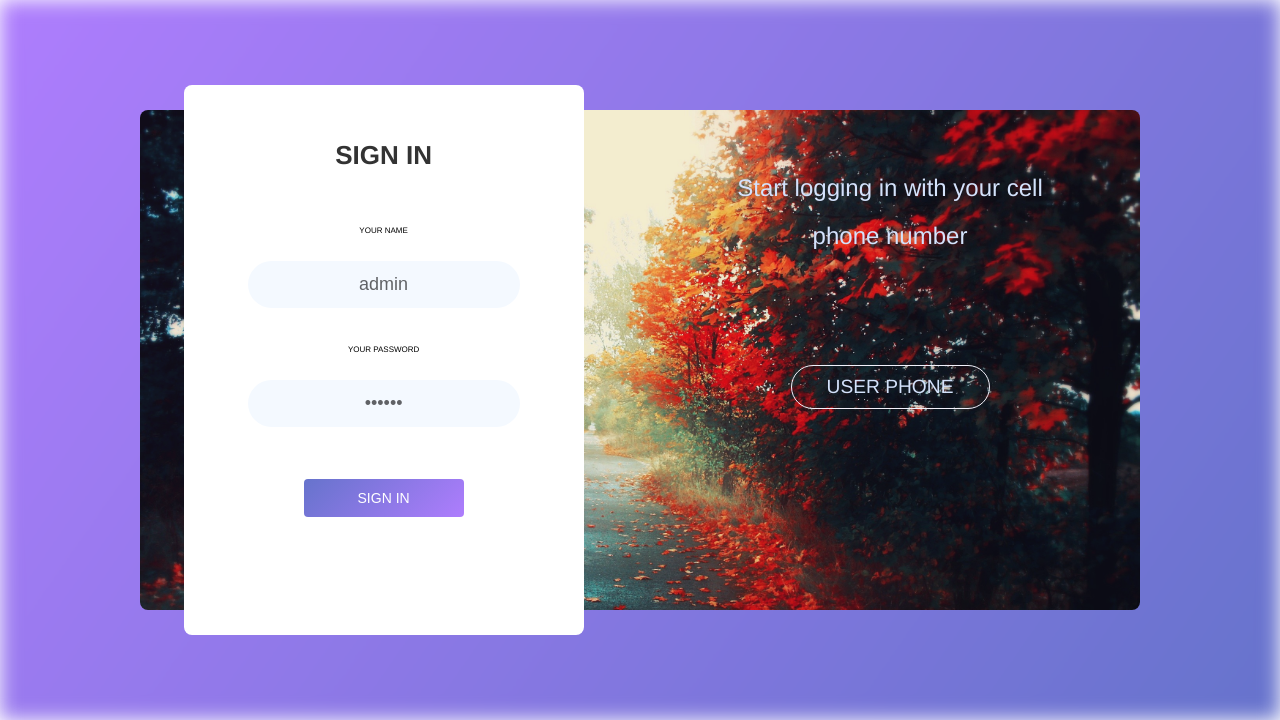
Repository: chunkpig/vue-admin
Page: /
These files come from the project's save history. The page is drawn as it stood at one moment and after the next save; the edit follows.
The browser window is 1280 px wide. The pictures show the whole page.
The project was rebuilt for these pictures with package versions that can differ from the ones it lists, and the page was loaded fresh each time. Also part of the build but not shown: vue.config.js.

Above is the page before, as saved 2020-12-07 10:45:13.

### public/index.html
<!DOCTYPE html>
<html lang="en">
  <head>
    <meta charset="utf-8">
    <meta http-equiv="X-UA-Compatible" content="IE=edge">
    <meta name="renderer" content="webkit">
    <meta name="viewport" content="width=device-width, initial-scale=1, maximum-scale=1, user-scalable=no">
    <link rel="icon" href="<%= BASE_URL %>favicon.ico">
    <title><%= webpackConfig.name %></title>
  </head>
  <body>
    <div id="app"></div>
  </body>
</html>

### src/main.js
import Vue from "vue";
import App from "./App.vue";
import router from "./router";
import store from "./store";

import Element from 'element-ui'
import 'element-ui/lib/theme-chalk/index.css';
import '@/styles/index.scss'
import './icons'
Vue.config.productionTip = false;
Vue.use(Element)
// Vue.use(Element, {
//   size: Cookies.get('size') || 'medium', // set element-ui default size
//   locale: enLang // 如果使用中文，无需设置，请删除
// })
new Vue({
  router,
  store,
  render: h => h(App)
}).$mount("#app");

### src/router/index.js
import Vue from "vue";
import VueRouter from "vue-router";
import Login from '../views/login/index.vue'
Vue.use(VueRouter);

const routes = [
  {
    path: "/",
    name: "Login",
    component: Login
  },
];

const router = new VueRouter({
  routes
});

export default router;

### src/styles/index.scss
body {
    height: 100%;
    margin: 0;
    -moz-osx-font-smoothing: grayscale;
    -webkit-font-smoothing: antialiased;
    text-rendering: optimizeLegibility;
    font-family: Helvetica Neue, Helvetica, PingFang SC, Hiragino Sans GB, Microsoft YaHei, Arial, sans-serif;
}

html {
    height: 100%;
    box-sizing: border-box;
}

#app {
    height: 100%;
}

### src/icons/index.js
import Vue from 'vue'
import SvgIcon from '@/components/SvgIcon'// svg component

// register globally
Vue.component('svg-icon', SvgIcon)

const req = require.context('./svg', false, /\.svg$/)
const requireAll = requireContext => requireContext.keys().map(requireContext)
requireAll(req)

### src/views/login/index.vue
<!--  -->
<template>
<div id='Login'>
    <div class="login-bg"></div>
    <div class="login-conbg" :class="animconbgShow?'leftanimconbg':'rightanimconbg'">
        <sing-up v-show="!animconbgShow" class='sign-conbg' :class="animconbgShow?'animsign':''" />
        <user-phont v-show="animconbgShow" class='sign-conbg' :class="animconbgShow?'':'animsign'" />
    </div>
    <div class="login-container">
        <!-- <transition name="animcontainer"> -->
        <div class="container" :class="animconbgShow?'':'animcontainer'">
                <p class="p-container">Log in with your account password</p>
                <div class="button-container" @click="animconbgShow =!animconbgShow">
                    SIGN IN
                </div>

        </div>
         <!-- </transition> -->
         <!-- <transition name="animcontainer"> -->
        <div class="container" :class="animconbgShow?'animcontainer':''" >
                <p class="p-container">Start logging in with your cell phone number</p>
                <div class="button-container" @click="animconbgShow =!animconbgShow">
                    USER PHONE
                </div>

        </div>
        <!-- </transition> -->
    </div>

</div>
</template>

<script>
//这里可以导入其他文件（比如：组件，工具js，第三方插件js，json文件，图片文件等等）
//例如：import 《组件名称》 from '《组件路径》';
import SingUp from './components/singup'
import UserPhont from './components/UserPhont'
export default {
//name放入模板名,方便在其他地方引用
name: '',
//import引入的组件需要注入到对象中才能使用
components: {SingUp,UserPhont},
data() {
//这里存放数据
return {
    animconbgShow:false
};
},
//监听属性 类似于data概念
computed: {

},
//生命周期 - 创建完成（可以访问当前this实例）
created() {

},
//生命周期 - 挂载完成（可以访问DOM元素）
mounted() {

},
//方法集合
methods: {

},
//监控data中的数据变化
watch: {

},
//如果页面有keep-alive缓存功能，这个函数会触发
activated() {

},
}
</script>
<style lang="scss" scoped>
$bg:rgba(0,0,0,0.5);
$conbg:rgba(255,255,255,1);
$clortext:#def;
$cursor: #333;
#Login{
    position: relative;
    width: 100%;
    height: 100%;
    overflow: hidden;
    .login-bg{
        width: 100%;
        height: 100%;
        background: linear-gradient(125deg, #AE7DFD, #6673cc);
        filter: blur(10px);
        z-index: -1;
    }
    .login-conbg{
        position: absolute;
        top: 50%;
        left: 37%;
        width: 400px;
        height: 550px;
        // max-width: 25%;
        // max-height: 70%;
        display: flex;
        align-items: center;
        justify-content: center;
        transform: translate(-50%,-50%);
        background: $conbg;
        backdrop-filter: blur(10px);
        border-radius: 8px;
        z-index: 1;
        transition:transform 1s ease-out;
        overflow: hidden;
        .sign-conbg{
            transition: opacity 1s ease-in-out;
        }
        .animsign{
            opacity: 0;
        }

    }
    .login-container{
        position: absolute;
        top: 50%;
        left: 50%;
        transform: translate(-50%,-50%);
        width: 1000px;
        height: 500px;
        // max-width: 55%;
        // max-height: 55%;
        display: flex;
        justify-content: space-around;
        // align-items: center;
        // background: $bg;
        background: url('../../assets/Login/login.png') no-repeat;
        background-size: cover;
        opacity: 0.9;
        border-radius: 8px;
        z-index: 0;
        .container{
            width:350px;
            max-width: 45%;
            padding: 30px;
            color: $clortext;
            overflow: hidden;
            // opacity: 1;
            transition: opacity 1s ease-out;
            .p-container{
                font-size: 1.5rem;
                text-align: center;
                line-height: 3rem;
                // padding: 0 10px;
            }
            .button-container{
                width: 42%;
                margin: 30% auto 0;
                padding: 10px 25px;
                text-align: center;
                border-radius: 30px;
                font-size: 1.2rem;
                border: 1px solid #fff;
                // border-image: linear-gradient(#00CFFF, #FF34FA) 20 20;
                cursor: pointer;
            }
        }
        .animcontainer{
            opacity: 0;
        }
    }
    .leftanimconbg{
         transform: translate(250px,-50%);
    }
    .rightanimconbg{
         transform: translate(-290px,-50%);
    }
   .animcontainer-enter-active, .animcontainer-leave-active {
        // opacity: 1;
        // transition: opacity 1s;
         transition:opacity 3s ease-out;
    }
    .animcontainer-enter, .animcontainer-leave-to /* .fade-leave-active below version 2.1.8 */ {

        // transition: all 1s;
         opacity: 0;
    }
}
</style>

### src/components/SvgIcon/index.vue
<template>
  <svg :class="svgClass" aria-hidden="true" v-on="$listeners">
    <use :xlink:href="iconName" />
  </svg>
</template>

<script>
export default {
  name: 'SvgIcon',
  props: {
    iconClass: {
      type: String,
      required: true
    },
    className: {
      type: String,
      default: ''
    }
  },
  computed: {
    iconName() {
      return `#icon-${this.iconClass}`
    },
    svgClass() {
      if (this.className) {
        return 'svg-icon ' + this.className
      } else {
        return 'svg-icon'
      }
    }
  }
}
</script>

<style scoped>
.svg-icon {
  width: 1em;
  height: 1em;
  vertical-align: -0.15em;
  fill: currentColor;
  overflow: hidden;
}

.svg-external-icon {
  background-color: currentColor;
  mask-size: cover!important;
  display: inline-block;
}
</style>

### src/views/login/components/singup.vue
<template>
        <el-form ref="loginForm" :model="loginForm" :rules="loginRules" class="login-account" autocomplete="on" label-position="left">
            <div class="title-account">
                <h3 class="title">SIGN IN</h3>
            </div>
            <el-form-item prop="username" class="form-elitem">
                <span class="form-span">YOUR NAME</span>
                <el-input
                    ref="username"
                    v-model="loginForm.username"
                    placeholder="Username"
                    name="username"
                    type="text"
                    tabindex="1"
                    size='mini'
                    autocomplete="on"
                />
            </el-form-item>
            <el-form-item prop="password" class="form-elitem">
                 <span class="form-span">YOUR PASSWORD</span>
                <el-input
                    :key="passwordType"
                    ref="password"
                    v-model="loginForm.password"
                    :type="passwordType"
                    placeholder="Password"
                    name="password"
                    tabindex="2"
                    autocomplete="on"
                    @keyup.enter.native="handleLogin"
                />
                <span class="show-pwd" @click="showPwd">
                    <svg-icon :icon-class="passwordType === 'password' ? 'eye' : 'eye-open'" />
                </span>
            </el-form-item>
            <el-button :loading="loading" type="primary" class="form-buttom"  @click.native.prevent="handleLogin">SIGN IN</el-button>
        </el-form>
</template>
<script>
export default {
    data(){
        return {
            loginForm:{
                username: "admin",
                password: '111111'
            },
            loginRules: {
                // username: [ { required: true, trigger: 'blur', validator: validateUsername }],
                // password: [{ required: true, trigger: 'blur', validator: validatePassword }]
            },
            passwordType: 'password',
            loading: false,
        }
    },
    methods:{
        showPwd(){
            if (this.passwordType === 'password') {
                this.passwordType = ''
            } else {
                this.passwordType = 'password'
            }
            this.$nextTick(() => {
                this.$refs.password.focus()
            })
        },
        handleLogin(){

        }
    }

}
</script>
<style lang="scss" scoped>
$light_gray:#333;
$dark_gray:#889aa4;
.login-account{
        width: 80%;
        max-width: 100%;
        height: 80%;
        display: flex;
        flex-direction: column;
        align-items: center;
        box-sizing: border-box;
        overflow: hidden;
        .title-account {
            position: relative;
            .title {
                font-size: 26px;
                color: $light_gray;
                margin: 0px auto 40px auto;
                text-align: center;
                font-weight: bold;
            }
        }
        .show-pwd {
            position: absolute;
            right: 10px;
            top: 55px;
            font-size: 16px;
            color: $dark_gray;
            cursor: pointer;
            user-select: none;
        }
        .form-span{
            display: inherit;
            font-size: 0.5rem;
            text-align: center;
            margin: 0 auto 10px;
        }
        .form-buttom{
            width:50%;
            margin:30px auto;
            border: unset;
            background: linear-gradient(-45deg, #AE7DFD, #6673cc);
            &:hover{
                background: linear-gradient(45deg,#6673cc,#AE7DFD);
            }
        }

}
</style>
<style lang="scss">
.login-account{
    .form-elitem{
        width: 85%;
        .el-input__inner{
            background: #F4F9FF;
            width: 100%;
            height: 47px;
            font-size: 18px;
            border-radius: 30px;
            padding: 12px 0px;
            text-align: center;
                // background: transparent;
                border: unset;
        }
        .el-input.is-active .el-input__inner, .el-input__inner:focus{
            background: #fff;
            box-shadow: 0 0 4px #345;
        }

    }
}
</style>

### src/views/login/components/UserPhont.vue
<template>
        <el-form ref="loginForm" :model="loginForm" :rules="loginRules" class="login-userphont" autocomplete="on" label-position="left">
            <div class="title-account">
                <h3 class="title">USER PHONE</h3>
            </div>
            <el-form-item prop="username" class="form-elitem">
                <span class="form-span">YOUR PHONE</span>
                <el-input
                    ref="username"
                    v-model="loginForm.userphone"
                    placeholder="UserPhone"
                    name="phone"
                    type="text"
                    tabindex="1"
                    size='mini'
                    autocomplete="on"
                />
            </el-form-item>
            <el-form-item prop="password" class="form-elitem getcode">
                 <span class="form-span">GET CODE</span>
                 <el-input
                    ref="username"
                    v-model="loginForm.usercode"
                    placeholder="usercode"
                    name="phone"
                    type="text"
                    tabindex="1"
                    size='mini'
                    @change="infocode"
                    autocomplete="on"
                />
                <span class="show-code" :style="codeloding?'background: #F4F9FF':''" @click="showPwd">
                    获取验证码
                </span>
            </el-form-item>
            <el-button :loading="loading" type="primary" class="form-buttom"   @click.native.prevent="handleLogin">LOG IN</el-button>
        </el-form>
</template>
<script>
export default {
    data(){
        return {
            loginForm:{
                userphone: "",
                usercode: ''
            },
            loginRules: {
                // username: [ { required: true, trigger: 'blur', validator: validateUsername }],
                // password: [{ required: true, trigger: 'blur', validator: validatePassword }]
            },
            passwordType: 'password',
            loading: false,
            codeloding:false
        }
    },
    methods:{
        showPwd(){
            // this.$nextTick(() => {
                // console.log(this.codeloding)
                // this.codeloding = !this.codeloding
            // })
        },
        infocode(){
            this.codeloding = !this.codeloding
        },
        handleLogin(){

        }
    }

}
</script>
<style lang="scss" scoped>
$light_gray:#333;
$dark_gray:#889aa4;
.login-userphont{
        width: 80%;
        max-width: 100%;
        height: 80%;
        display: flex;
        flex-direction: column;
        align-items: center;
        box-sizing: border-box;
        overflow: hidden;
        .title-account {
            position: relative;
            .title {
                font-size: 26px;
                color: $light_gray;
                margin: 0px auto 40px auto;
                text-align: center;
                font-weight: bold;
            }
        }
        .show-code{
            position: absolute;
            right: 0px;
            top: 50px;
            height: 27px;
            font-size: 16px;
            color: $dark_gray;
            cursor: pointer;
            user-select: none;
            background: #fff;
            box-shadow: 0 0 4px #345;
            line-height: 27px;
            padding: 10px;
        }
        .form-span{
            display: inherit;
            font-size: 0.5rem;
            text-align: center;
            margin: 0 auto 10px;
        }
        .form-buttom{
            width:50%;
            margin:30px auto;
            border: unset;
            background: linear-gradient(-45deg, #AE7DFD, #6673cc);
            &:hover{
                background: linear-gradient(45deg,#6673cc,#AE7DFD);
            }
        }

}
</style>
<style lang="scss">
.login-userphont{
    .form-elitem{
        width: 85%;
        .el-input__inner{
            background: #F4F9FF;
            width: 100%;
            height: 47px;
            font-size: 18px;
            // border-radius: 30px;
            padding: 12px 0px;
            text-align: center;
                // background: transparent;
                border: unset;
        }
        .el-input.is-active .el-input__inner, .el-input__inner:focus{
            background: #fff;
            box-shadow: 0 0 4px #345;
        }

    }
    .getcode{
        .el-input__inner{
            padding-right: 37% !important;
        }
    }
}

</style>

Loaded but not shown: src/App.vue (common file); src/store/index.js (common file)

After the next save:
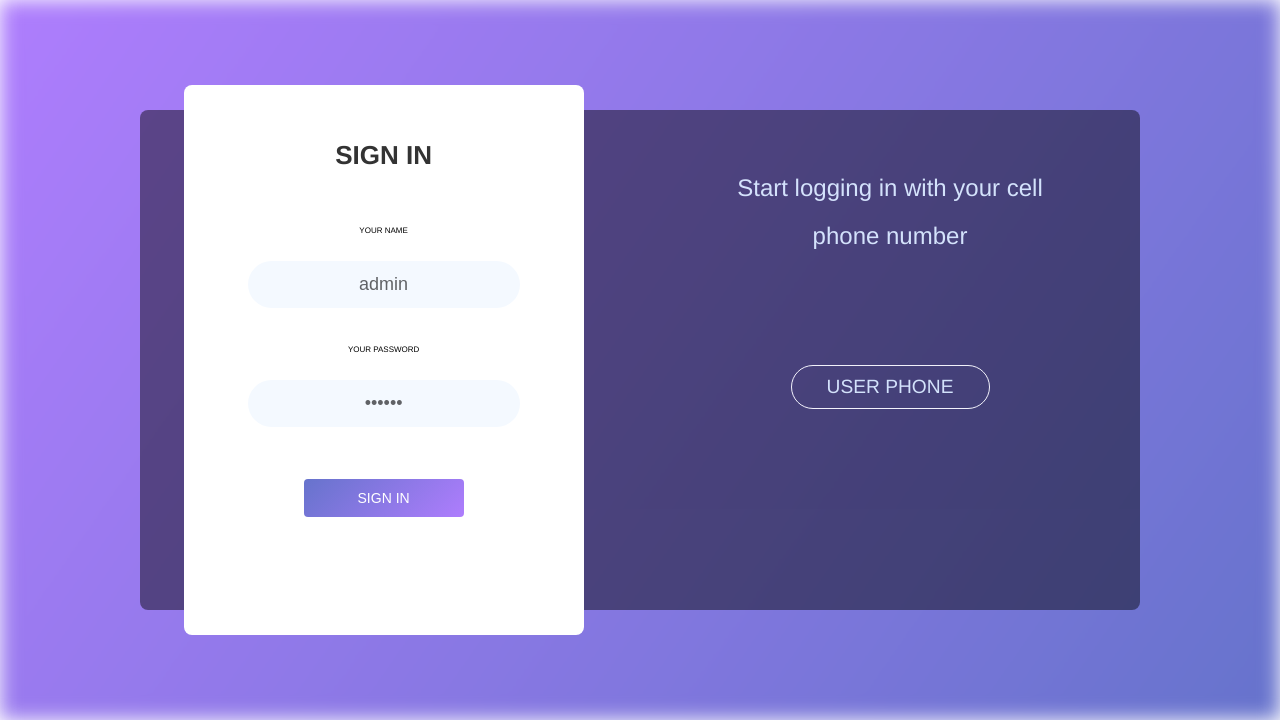
Saved 99 s later.
--- a/src/views/login/index.vue
+++ b/src/views/login/index.vue
@@ -127,9 +127,9 @@ $cursor: #333;
         display: flex;
         justify-content: space-around;
         // align-items: center;
-        // background: $bg;
-        background: url('../../assets/Login/login.png') no-repeat;
-        background-size: cover;
+        background: $bg;
+        // background: url('../../assets/Login/login.png') no-repeat;
+        // background-size: cover;
         opacity: 0.9;
         border-radius: 8px;
         z-index: 0;
